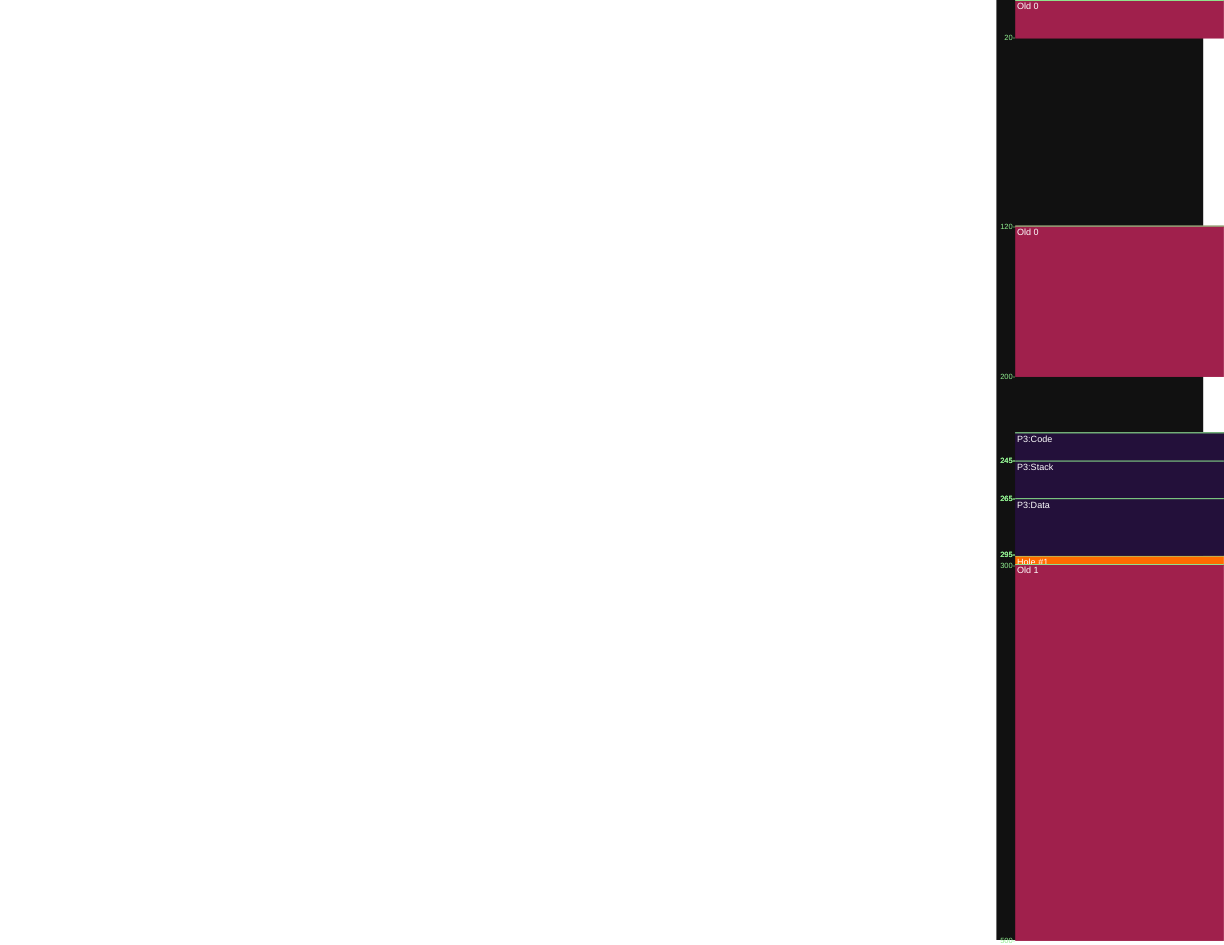
Repository: atout811/memory-allocation-project
Page: /#/final
These files come from the project's save history. The page is drawn as it stood at one moment and after the next save; the edit follows.
The browser window is 1280 px wide. The page is 1302 px wide, then 1280 px, then 1302 px, so the pictures cover 1302 px, including what lies to the right of the window. The pictures show the whole page, at 94% of full size.
The project was rebuilt for these pictures with package versions that can differ from the ones it lists, and the page was loaded fresh each time. Also part of the build but not shown: src/views/MemoryAndHoles.vue, src/views/Process.vue, src/views/Methods.vue.

Above is the page before, as saved 2021-06-09 22:25:33.

After the next save:
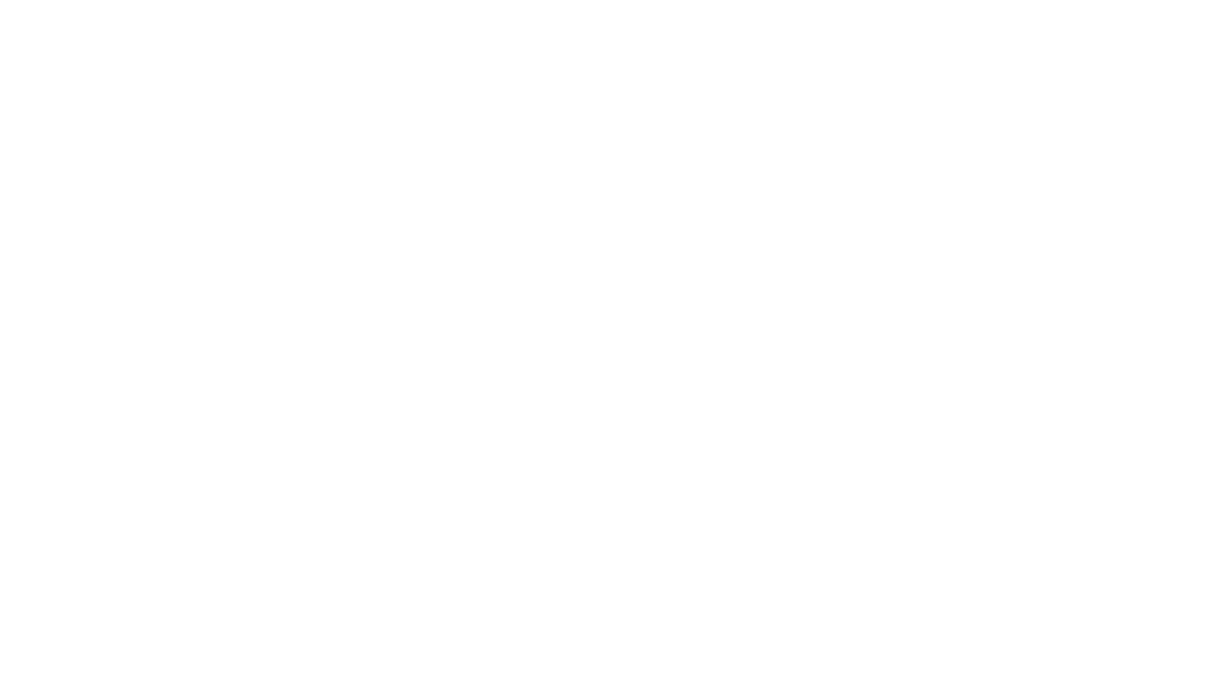
Console error: TypeError: Cannot read properties of undefined (reading 'Holes')
Saved 7 min 7 s later.
--- a/src/views/Final.vue
+++ b/src/views/Final.vue
@@ -9,13 +9,22 @@
   data() {
     return {
       data: this.$store.state.input,
+      holes: this.data.Holes.map((item) => [item.starting, item.size]),
+      test: this.data.Processes.map((item) => [
+        null,
+        item.segments.forEach((el) => {
+          Object()[el.name] = [Number(el.size)];
+        }),
+        item.name,
+      ]),
+      processes: this.test.map((item) => [null, obj, item[2]]),
     };
   },
   mounted: function () {
     const memory = document.querySelector(".memory");
     const scale = 2;
 
-    let holes = this.data.Holes.map((item) => [item.starting, item.size]);
+    // let holes = this.data.Holes.map((item) => [item.starting, item.size]);
     // let holes = [
     //   [140, 100],
     //   [40, 80],
@@ -30,14 +39,14 @@
       memory.style.height = `${totalMemorySize * scale}px`;
     }
     renderMemory();
-    let obj = {};
-    let test = this.data.Processes.map((item) => [
-      null,
-      item.segments.forEach((el) => {
-        obj[el.name] = [Number(el.size)];
-      }),
-      item.name,
-    ]);
+
+    // let test = this.data.Processes.map((item) => [
+    //   null,
+    //   item.segments.forEach((el) => {
+    //     Object()[el.name] = [Number(el.size)];
+    //   }),
+    //   item.name,
+    // ]);
     let processes = test.map((item) => [null, obj, item[2]]);
     // let processes = [
     //   [null, { code: [10], data: [30], stack: [16] }, "p1"],

After the 5 saves that followed:
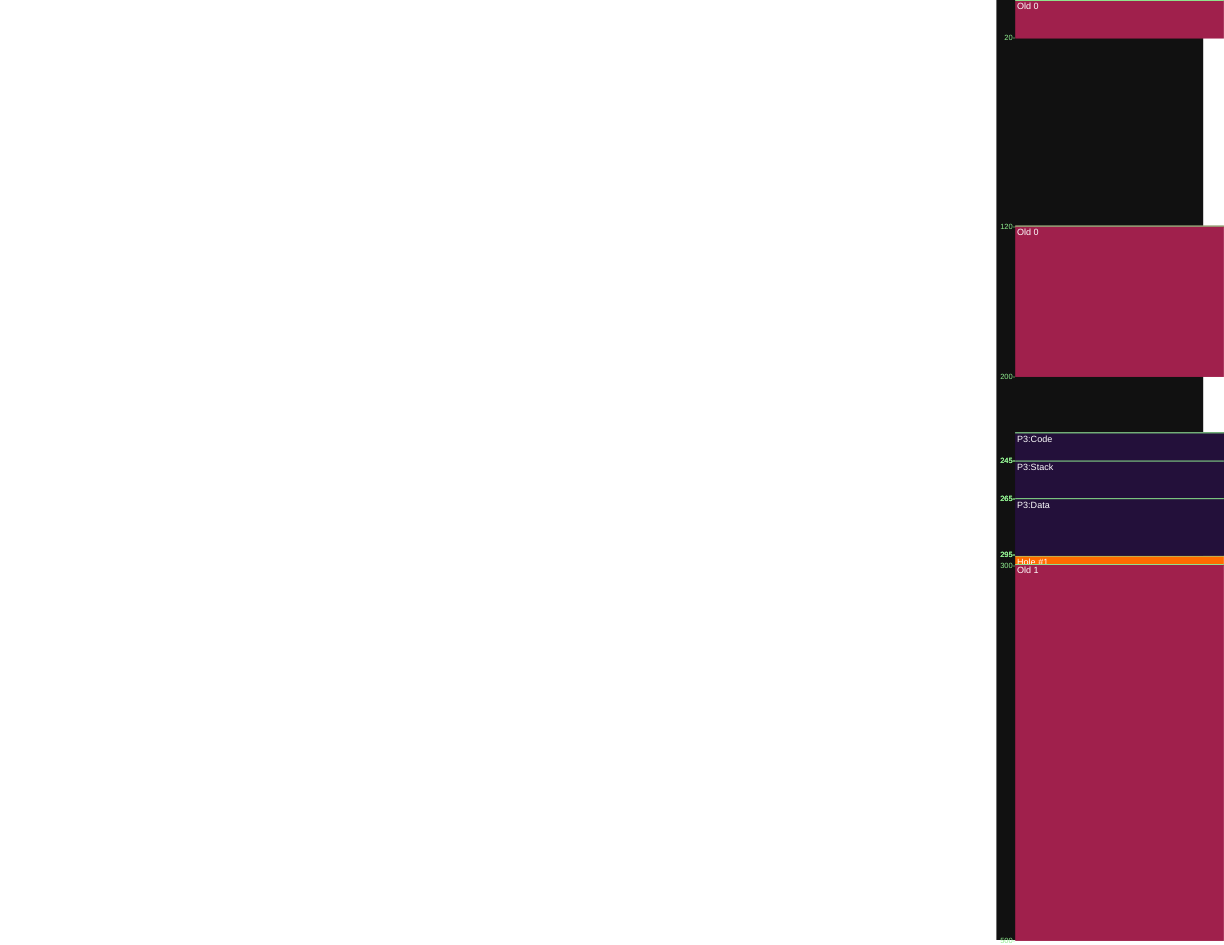
The error is gone.
The 5 saves are shown as one change because 4 left the picture as it was.
The last was saved 5 min 42 s later.
--- a/src/views/Final.vue
+++ b/src/views/Final.vue
@@ -9,29 +9,20 @@
   data() {
     return {
       data: this.$store.state.input,
-      holes: this.data.Holes.map((item) => [item.starting, item.size]),
-      test: this.data.Processes.map((item) => [
-        null,
-        item.segments.forEach((el) => {
-          Object()[el.name] = [Number(el.size)];
-        }),
-        item.name,
-      ]),
-      processes: this.test.map((item) => [null, obj, item[2]]),
     };
   },
   mounted: function () {
     const memory = document.querySelector(".memory");
     const scale = 2;
-
-    // let holes = this.data.Holes.map((item) => [item.starting, item.size]);
+    let data = this.data;
+    let holes = data.Holes.map((item) => [item.starting, item.size]);
     // let holes = [
     //   [140, 100],
     //   [40, 80],
     //   [260, 90],
     // ];
 
-    let totalMemorySize = this.data.memSize;
+    let totalMemorySize = data.memSize;
     function orderHoles() {
       holes = holes.sort((a, b) => a[0] - b[0]);
     }
@@ -39,14 +30,14 @@
       memory.style.height = `${totalMemorySize * scale}px`;
     }
     renderMemory();
-
-    // let test = this.data.Processes.map((item) => [
-    //   null,
-    //   item.segments.forEach((el) => {
-    //     Object()[el.name] = [Number(el.size)];
-    //   }),
-    //   item.name,
-    // ]);
+    let obj = {};
+    let test = data.Processes.map((item) => [
+      null,
+      item.segments.forEach((el) => {
+        obj[el.name] = [Number(el.size)];
+      }),
+      item.name,
+    ]);
     let processes = test.map((item) => [null, obj, item[2]]);
     // let processes = [
     //   [null, { code: [10], data: [30], stack: [16] }, "p1"],
